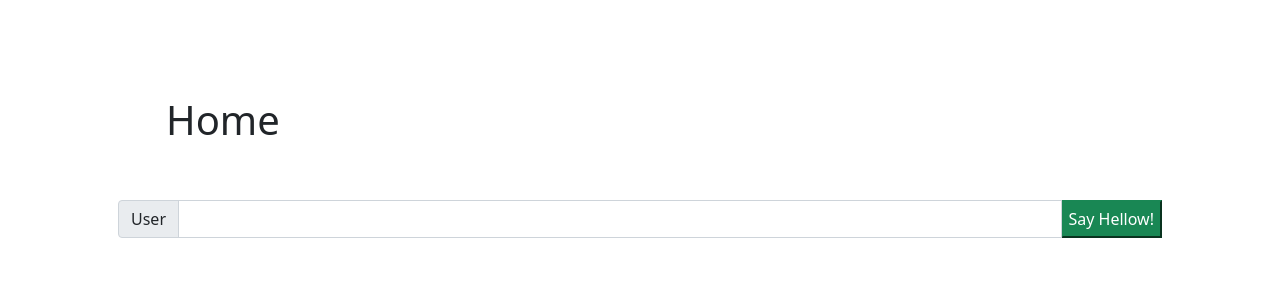
Repository: Hits-95/Spring
Page: http://localhost/InterceptorExample/home
These files come from the project's save history. The page is drawn as it stood at one moment and after the next save; the edit follows.
The browser window is 1280 px wide. The pictures show the whole page.
The page is served by Tomcat 9.

Above is the page before, as saved 2021-04-13 10:32:24.

### InterceptorExample/src/main/webapp/WEB-INF/spring-servlet.xml
<?xml version="1.0" encoding="UTF-8"?>
<beans xmlns="http://www.springframework.org/schema/beans"
	xmlns:xsi="http://www.w3.org/2001/XMLSchema-instance" xmlns:context="http://www.springframework.org/schema/context"
	xmlns:p="http://www.springframework.org/schema/p" xmlns:tx="http://www.springframework.org/schema/tx"
	xmlns:mvc="http://www.springframework.org/schema/mvc"
	xsi:schemaLocation="http://www.springframework.org/schema/beans
 	http://www.springframework.org/schema/beans/spring-beans.xsd
 	http://www.springframework.org/schema/context
 	http://www.springframework.org/schema/context/spring-context.xsd
 	http://www.springframework.org/schema/tx
 	http://www.springframework.org/schema/tx/spring-tx.xsd
 	http://www.springframework.org/schema/mvc
 	http://www.springframework.org/schema/mvc/spring-mvc.xsd
 	">


	<!-- enable annotation -->
	<context:component-scan base-package="InterceptorExample" />

	<mvc:annotation-driven />

	<mvc:resources location="/WEB-INF/resources/" mapping="/resources/**"></mvc:resources>

	<!-- this is our bean -->

	<bean
		class="org.springframework.web.servlet.view.InternalResourceViewResolver"
		name="viewResolver">

		<property name="prefix" value="/WEB-INF/views/" />

		<property name="suffix" value=".jsp" />
	</bean>

	<!-- this is use for interceptors -->
	<mvc:interceptors>
		<mvc:interceptor>
			<mvc:mapping path="/welcome" />
			<bean class="InterceptorExample.MyInterceptor">
			</bean>
		</mvc:interceptor>
	</mvc:interceptors>


</beans>

### InterceptorExample/src/main/webapp/WEB-INF/views/home.jsp
<!doctype html>
<html lang="en">
<head>
<!-- Required meta tags -->
<meta charset="utf-8">
<meta name="viewport" content="width=device-width, initial-scale=1">

<!-- Bootstrap CSS -->
<link
	href="https://cdn.jsdelivr.net/npm/bootstrap@5.0.0-beta3/dist/css/bootstrap.min.css"
	rel="stylesheet"
	integrity="sha384-eOJMYsd53ii+scO/bJGFsiCZc+5NDVN2yr8+0RDqr0Ql0h+rP48ckxlpbzKgwra6"
	crossorigin="anonymous">

<title>Home-Page</title>
</head>
<body>
	<div class="container p-5">
		<h1 class="p-5">Home</h1>
		<form action="welcome">
			<div class="input-group">
				<span class="input-group-text">User</span> <input type="text"
					name="user" aria-label="First name" class="form-control"> <input
					class="btb btn-success" type="submit" value="Say Hellow!"
					class="form-control">
			</div>
		</form>
	</div>


	<!-- Optional JavaScript; choose one of the two! -->

	<!-- Option 1: Bootstrap Bundle with Popper -->
	<script
		src="https://cdn.jsdelivr.net/npm/bootstrap@5.0.0-beta3/dist/js/bootstrap.bundle.min.js"
		integrity="sha384-JEW9xMcG8R+pH31jmWH6WWP0WintQrMb4s7ZOdauHnUtxwoG2vI5DkLtS3qm9Ekf"
		crossorigin="anonymous"></script>

	<!-- Option 2: Separate Popper and Bootstrap JS -->
	<!--
    <script src="https://cdn.jsdelivr.net/npm/@popperjs/core@2.9.1/dist/umd/popper.min.js" integrity="sha384-SR1sx49pcuLnqZUnnPwx6FCym0wLsk5JZuNx2bPPENzswTNFaQU1RDvt3wT4gWFG" crossorigin="anonymous"></script>
    <script src="https://cdn.jsdelivr.net/npm/bootstrap@5.0.0-beta3/dist/js/bootstrap.min.js" integrity="sha384-j0CNLUeiqtyaRmlzUHCPZ+Gy5fQu0dQ6eZ/xAww941Ai1SxSY+0EQqNXNE6DZiVc" crossorigin="anonymous"></script>
    -->
</body>
</html>

### InterceptorExample/src/main/java/InterceptorExample/HomeController.java
package InterceptorExample;

import org.springframework.stereotype.Controller;
import org.springframework.ui.Model;
import org.springframework.web.bind.annotation.RequestMapping;
import org.springframework.web.bind.annotation.RequestParam;

@Controller
public class HomeController {

	@RequestMapping("/home")
	public String home() {
		System.out.println("home called");
		return "home";
	}

	// handler for requst
	@RequestMapping("/welcome")
	public String welcome(@RequestParam("user") String user, Model model) {
		System.out.println("welcome called.");

		model.addAttribute("name", user);
		return "welcome";
	}
}

### InterceptorExample/src/main/java/InterceptorExample/MyInterceptor.java
package InterceptorExample;

import javax.servlet.http.HttpServletRequest;
import javax.servlet.http.HttpServletResponse;

import org.springframework.web.servlet.HandlerInterceptor;
import org.springframework.web.servlet.handler.HandlerInterceptorAdapter;

// interface  - HandlerInterceptor preHandl, postHandl, preHandl, afterCompletion  this are abstract methods
// classs - HandlerInterceptorAdaptor

public class MyInterceptor extends HandlerInterceptorAdapter {

	public boolean preHandle(HttpServletRequest request, HttpServletResponse response, Object handler)
			throws Exception {
		System.out.println("This is PriHandler method");
		return true;
	}

}

After the next save:
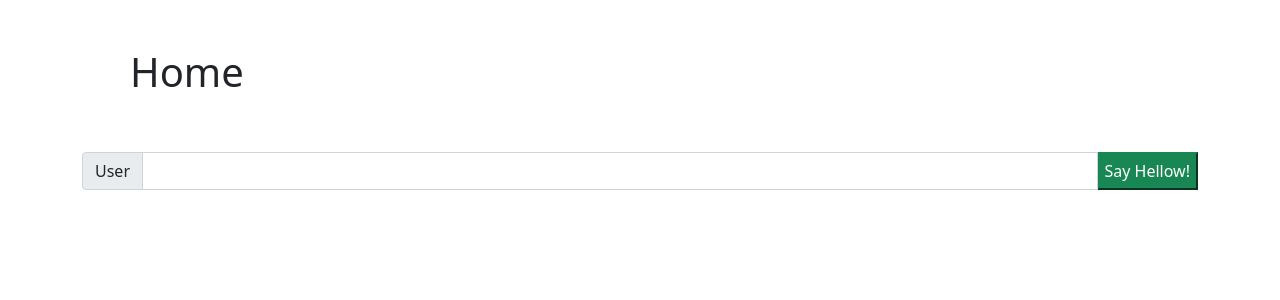
Saved 51 s later.
--- a/InterceptorExample/src/main/webapp/WEB-INF/views/home.jsp
+++ b/InterceptorExample/src/main/webapp/WEB-INF/views/home.jsp
@@ -15,7 +15,7 @@
 <title>Home-Page</title>
 </head>
 <body>
-	<div class="container p-5">
+	<div class="container ">
 		<h1 class="p-5">Home</h1>
 		<form action="welcome">
 			<div class="input-group">
